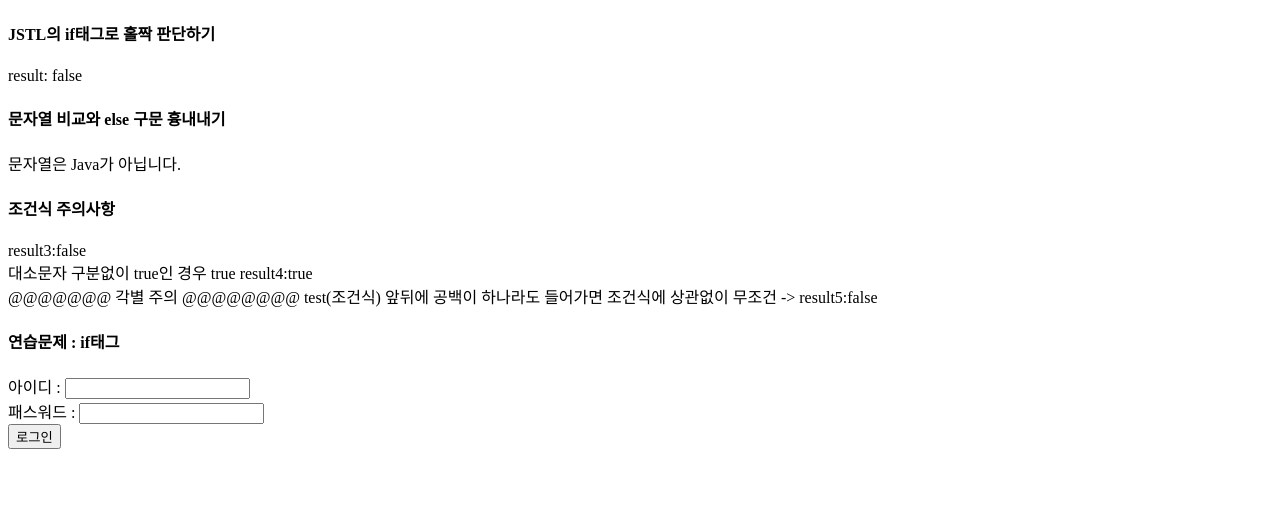
Repository: ssing365/JSPStudy
Page: http://localhost/JSPServlet/11JSTL/core/if.jsp
These files come from the project's save history. The page is drawn as it stood at one moment and after the next save; the edit follows.
The browser window is 1280 px wide. The pictures show the whole page.
The page is served by Tomcat 10.

Above is the page before, as saved 2024-11-06 06:46:02.

After the next save:
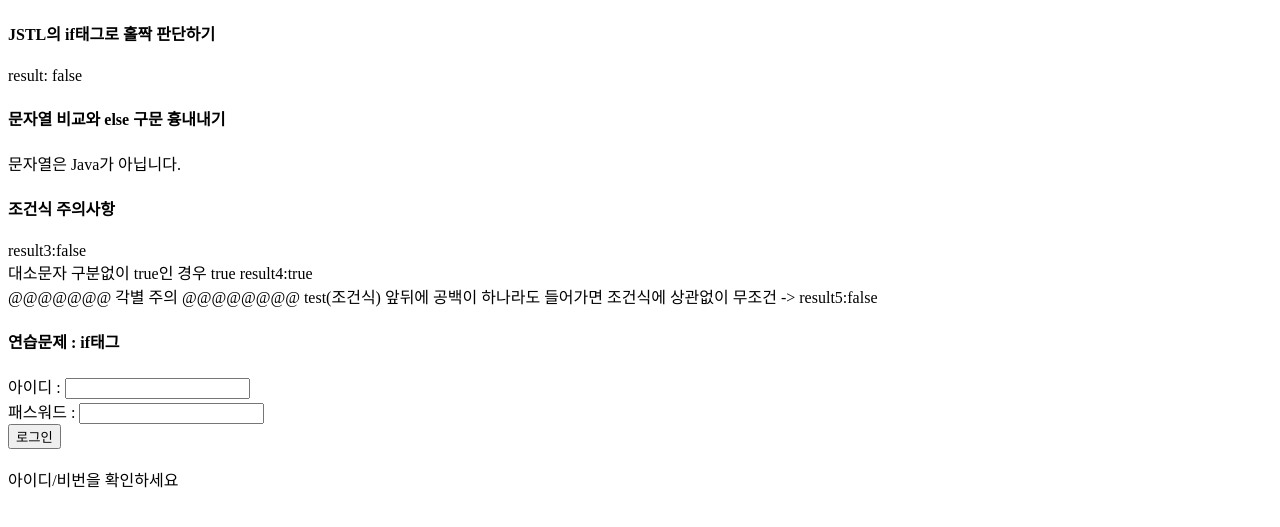
Saved 59 s later.
--- a/JSPServlet/src/main/webapp/11JSTL/core/if.jsp
+++ b/JSPServlet/src/main/webapp/11JSTL/core/if.jsp
@@ -61,7 +61,7 @@
 		<input type="submit" value="로그인" />
 	</form>
 	<c:if test='${param.user eq "kosmo" && param.user eq "1234"}' var="result3">kosmo님, 하이룽~</c:if><br/>
-	<c:if test='${not result3} }'>아이디/비번을 확인하세요</c:if>
+	<c:if test='${not result3}'>아이디/비번을 확인하세요</c:if>
 
 </body>
 </html>
